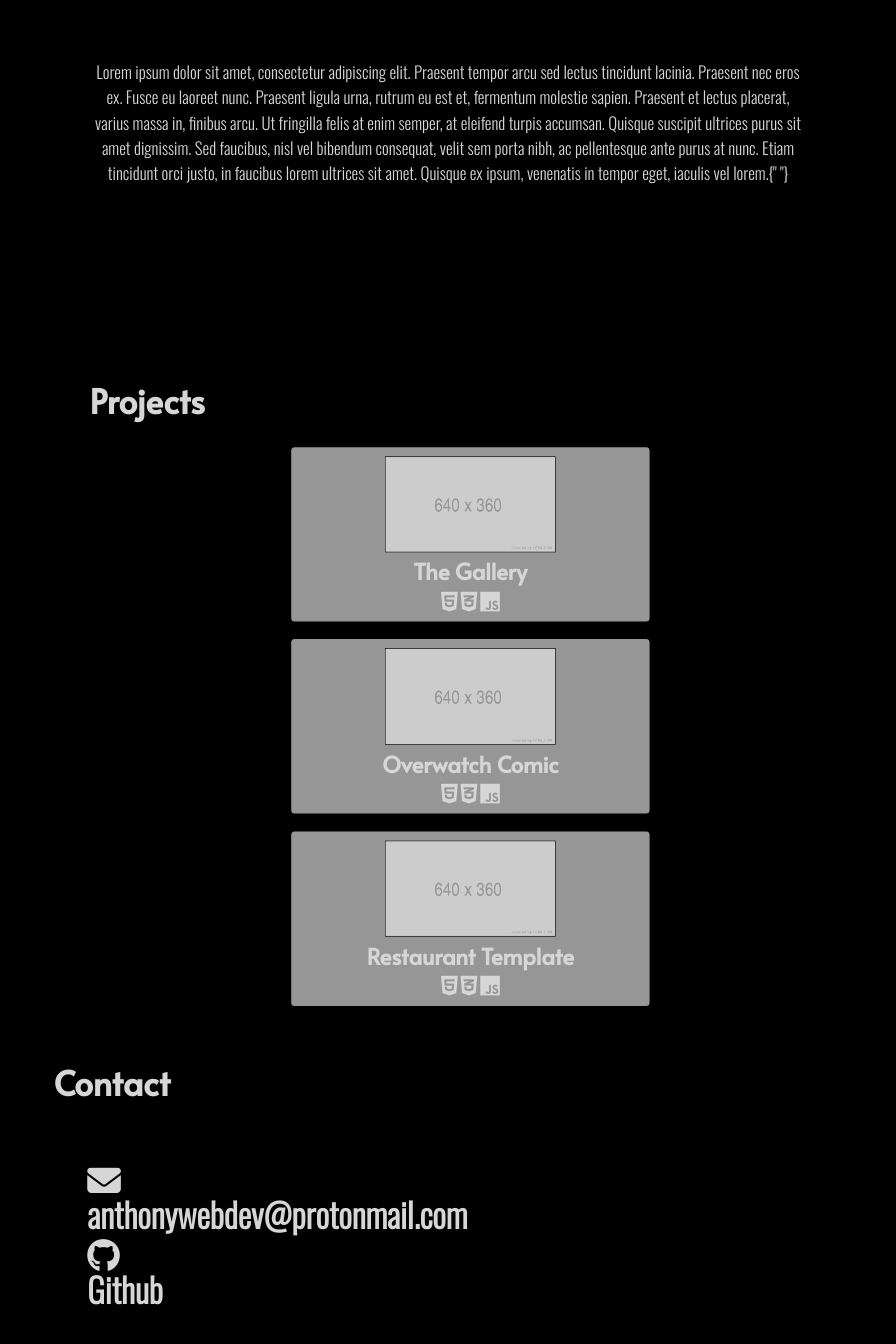
Repository: sloppytony/thenewport
Page: index.html
These files come from the project's save history. The page is drawn as it stood at one moment and after the next save; the edit follows.
The browser window is 1280 px wide. The pictures show the part of the page from y = 960 to 2880 px (the page is 2880 px tall), at 70% of full size.
Some web libraries are served in a nearby version.

Above is the page before, as saved 2020-08-24 18:36:35.

### index.html
<!DOCTYPE html>
<html lang="en">
<head>
    <meta charset="UTF-8">
    <meta name="viewport" content="width=device-width, initial-scale=1.0">
    <title>Anthon's|Portfolio</title>
    <link rel="stylesheet" href="newport.css">
    <link href="https://fonts.googleapis.com/css2?family=Alata&family=Oswald:wght@300&display=swap" rel="stylesheet"/>
    <script
      src="https://kit.fontawesome.com/9a01f23326.js"
      crossorigin="anonymous"
    ></script>
    </head>
<body>
    <div class="section1">
        <div class="section1-container">
          <h1 class="mainTitle">Anthony Tostado</h1>
          <p class="mainPara">
            Welcome! take a look around...make yourself at home.
          </p>
          <h2 class="scroll">Scroll</h2>
        </div>
      </div>
      <div class="section2">
        <h1 class="title">About Me</h1>
        <p class="aboutPara">
          Lorem ipsum dolor sit amet, consectetur adipiscing elit. Praesent
          tempor arcu sed lectus tincidunt lacinia. Praesent nec eros ex. Fusce
          eu laoreet nunc. Praesent ligula urna, rutrum eu est et, fermentum
          molestie sapien. Praesent et lectus placerat, varius massa in, finibus
          arcu. Ut fringilla felis at enim semper, at eleifend turpis accumsan.
          Quisque suscipit ultrices purus sit amet dignissim. Sed faucibus, nisl
          vel bibendum consequat, velit sem porta nibh, ac pellentesque ante
          purus at nunc. Etiam tincidunt orci justo, in faucibus lorem ultrices
          sit amet. Quisque ex ipsum, venenatis in tempor eget, iaculis vel
          lorem.{" "}
        </p>
      </div>
      <div class="section3">
        <h1 class="projectTitle">Projects</h1>
        <div class="projectContent">
          <div class="card1">
            <img class="cardImage" src="../img/640x360.png"></img>
            <h1 class="cardTitle">The Gallery</h1>
            <div class="icons">
              <i class="fab fa-html5 fa-2x"></i>
              <i class="fab fa-css3-alt fa-2x"></i>
              <i class="fab fa-js fa-2x"></i>
            </div>
          </div>
          <div class="card1">
            <img
              class="cardImage"
              src="../img/640x360.png"></img>
            <h1 class="cardTitle">Overwatch Comic</h1>
            <div class="icons">
              <i class="fab fa-html5 fa-2x"></i>
              <i class="fab fa-css3-alt fa-2x"></i>
              <i class="fab fa-js fa-2x"></i>
            </div>
          </div>
          <div class="card1">
            <img
              class="cardImage"
              src="../img/640x360.png"></img>
            <h1 class="cardTitle">Restaurant Template</h1>
            <div class="icons">
              <i class="fab fa-html5 fa-2x"></i>
              <i class="fab fa-css3-alt fa-2x"></i>
              <i class="fab fa-js fa-2x"></i>
            </div>
          </div>
        </div>
      </div>
      <div class="section4">
        <h1 class="contactTitle">Contact</h1>
        <div class="contactIcons">
          <i class="fas fa-envelope fa-3x">
            <h1 class="contact">anthonywebdev@protonmail.com</h1>
          </i>
          <i class="fab fa-github fa-3x">
            <h1 class="contact">Github</h1>
          </i>
        </div>
      </div>
</body>
</html>

### newport.css
* {
  margin: 0;
  padding: 0;
  box-sizing: border-box;
}

body {
  background: linear-gradient(
    180deg,
    rgba(0, 0, 0, 0) 10%,
    rgba(0, 0, 0, 1) 30%
  );

  height: 400vh;
  width: 100%;
}

.image {
  width: 100%;
  height: 100%;
}

/*opening page*/
.section1 {
  height: 100vh;
  width: 100%;
  display: flex;
  justify-content: center;
  align-items: center;
  flex-direction: column;
}

div.section1-container {
  width: 80%;
  height: 75vh;
  background: url("./img/mountainspace.jfif");
  background-size: cover;
  background-position: bottom;
  display: flex;
  justify-content: center;
  align-items: center;
  flex-direction: column;
  box-shadow: -5px 5px 5px rgba(44, 44, 44, 0.5);
  border: 5px solid rgb(214, 214, 214);
}

.mainTitle {
  font-family: "Alata", sans-serif;
  font-weight: 100;
  font-size: 400%;
  display: flex;
  justify-content: center;
  align-items: center;
  text-align: center;
  color: rgb(214, 214, 214);

  animation: fadeIn 1.5s;
  border: 3px solid white;
  width: 50%;
  height: 20%;
}

.mainPara {
  font-family: "Oswald", sans-serif;
  font-size: 200%;
  display: flex;
  align-items: center;
  text-align: center;
  color: rgb(214, 214, 214);
  padding: 5%;
  text-shadow: -5px 5px 5px rgba(44, 44, 44, 0.5);
  animation: fadeIn 1.5s;
}

.scroll {
  font-family: "Oswald", sans-serif;
  font-size: 300%;
  padding-bottom: 2%;
  animation: pulse 2.5s infinite;
  color: rgb(214, 214, 214);
}

/*about*/
.section2 {
  height: 90vh;
  width: 100%;
  overflow: hidden;
  display: flex;
  align-items: center;
  justify-content: center;
  flex-direction: column;
  margin-bottom: 10%;
}

.title {
  height: 20vh;
  width: 80%;

  font-family: "Alata", sans-serif;
  font-size: 300%;
  color: rgb(214, 214, 214);
}

.projectTitle {
  height: 20vh;
  width: 80%;
  margin-top: 10%;
  font-family: "Alata", sans-serif;
  font-size: 300%;
  color: rgb(214, 214, 214);
}

.contactTitle {
  height: 20vh;
  width: 80%;
  margin-top: 10%;
  font-family: "Alata", sans-serif;
  font-size: 300%;
  color: rgb(214, 214, 214);
}

p.aboutPara {
  width: 80%;
  height: 20vh;
  text-align: center;
  margin: 5%;
  font-size: 150%;
  font-family: "Oswald", sans-serif;
  color: rgb(214, 214, 214);
}

/*projects*/
.section3 {
  height: 100vh;
  width: 100%;

  color: rgb(16, 130, 230);
  display: flex;
  justify-content: center;
  align-items: center;
  flex-direction: column;
}

div.projectContent {
  width: 100%;
  height: 99vh;
  display: flex;
  align-items: center;
  justify-content: center;
  flex-direction: column;
  margin-top: 5%;
}

div.card1 {
  height: 50%;
  width: 40%;
  display: flex;
  justify-content: center;
  align-items: center;
  flex-direction: column;
  background: rgb(214, 214, 214, 0.7);
  border-radius: 5px 5px 5px;
  margin-left: 5%;
  padding: 1%;
  margin-top: 2%;
}

img.cardImage {
  width: 50%;
  border: 1px solid black;
}

h1.cardTitle {
  margin: 1%;
  font-size: 300;
  font-family: "Alata", sans-serif;
  color: rgb(214, 214, 214);
}

/*contact*/
div.section4 {
  height: vh;
  width: 75%;

  margin-top: 20%;
  margin-left: 6%;
}

div.contactIcons {
  height: 30vh;
  display: flex;
  justify-content: space-around;
  align-items: baseline;
  flex-direction: column;
  padding-left: 5%;
  color: rgb(214, 214, 214);
}

.contact {
  font-family: "Oswald", sans-serif;
  font-size: 100%;
}

i {
  color: rgb(214, 214, 214);
}

@media only screen and (max-width: 1025px) {
  body {
    height: 365vh;
  }
  h1.title {
    display: flex;
    justify-content: center;
    align-items: center;
  }

  h1.projectTitle {
    display: flex;
    justify-content: center;
    align-items: center;
  }
  h1.contactTitle {
    display: flex;
    justify-content: center;
    align-items: center;
    width: 80%;
  }

  .contact {
    font-size: 50%;
  }

  div.card1 {
    width: 75%;
  }

  h1.cardTitle {
    text-align: center;
  }

  img.cardImage {
    width: 75%;
  }

  .mainTitle {
    border: none;
  }
}

@keyframes fadeIn {
  from {
    opacity: 0;
  }
  to {
    opacity: 1;
  }
}

@keyframes pulse {
  0% {
    opacity: 0;
  }

  50% {
    opacity: 1;
  }
  100% {
    opacity: 0;
  }
}

After the next save:
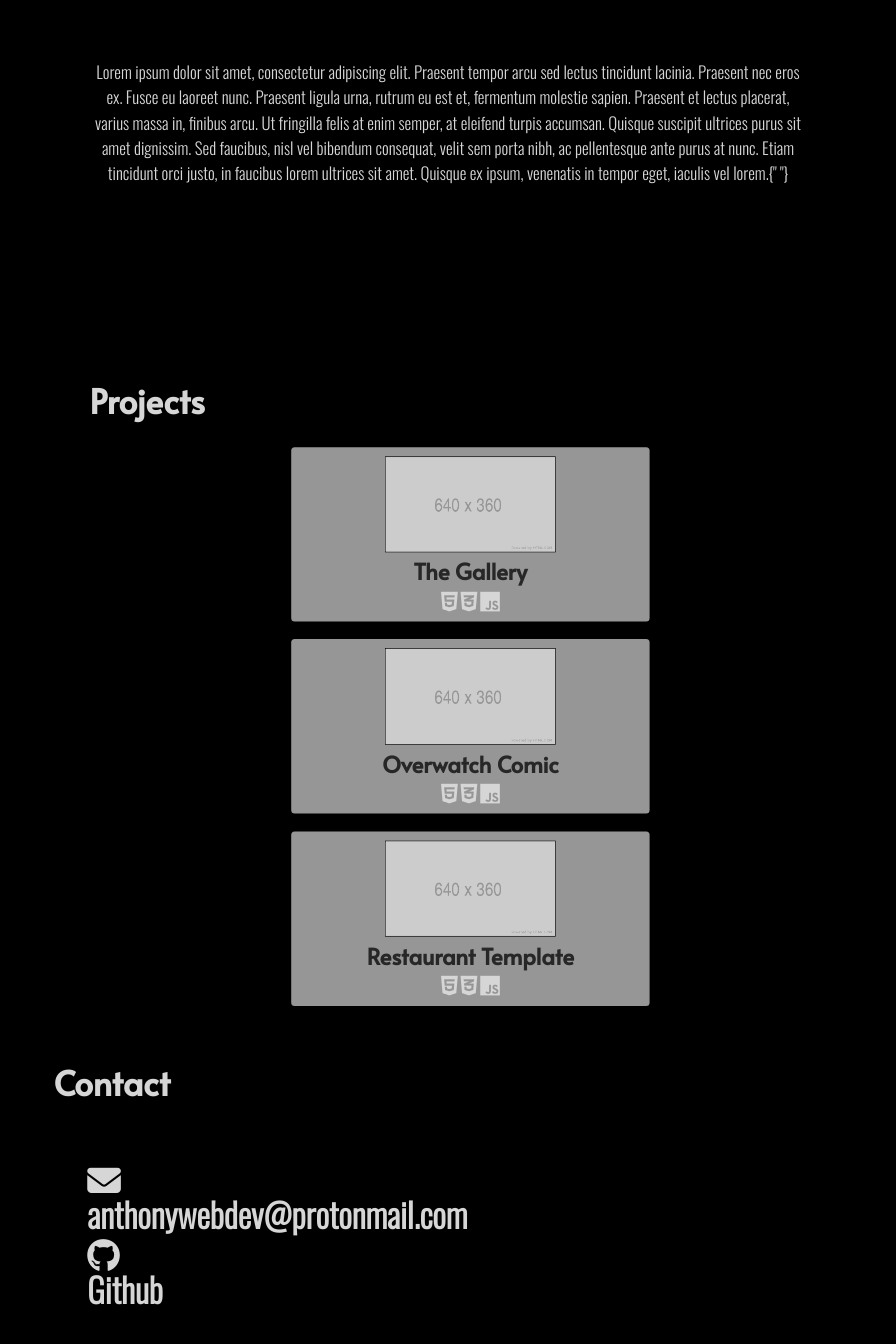
Saved 48 s later.
--- a/newport.css
+++ b/newport.css
@@ -174,7 +174,7 @@
   margin: 1%;
   font-size: 300;
   font-family: "Alata", sans-serif;
-  color: rgb(214, 214, 214);
+  color: rgb(39, 39, 39);
 }
 
 /*contact*/

After the save that followed:
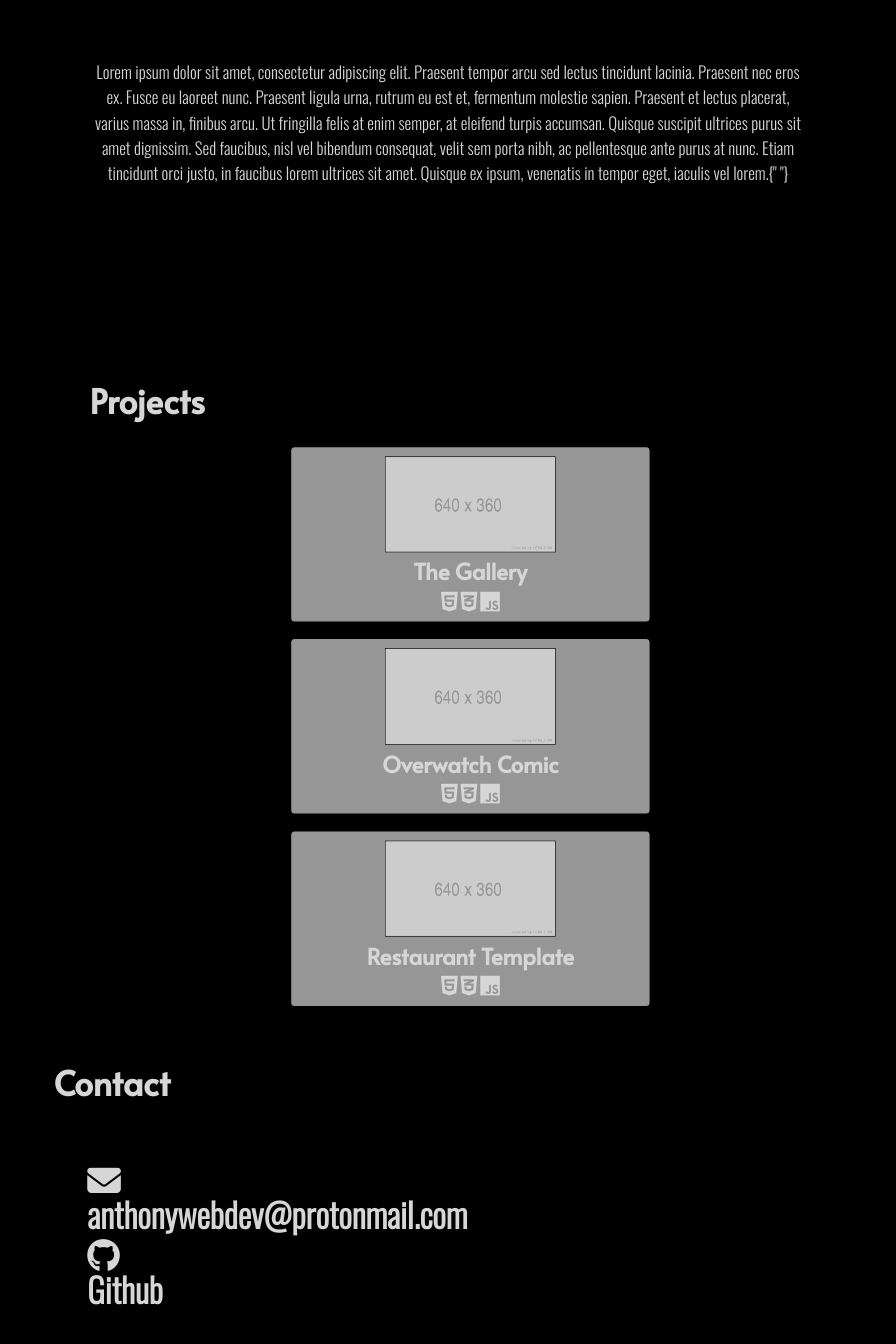
Saved 22 s later.
--- a/newport.css
+++ b/newport.css
@@ -174,7 +174,7 @@
   margin: 1%;
   font-size: 300;
   font-family: "Alata", sans-serif;
-  color: rgb(39, 39, 39);
+  color: rgb(214, 214, 214);
 }
 
 /*contact*/
